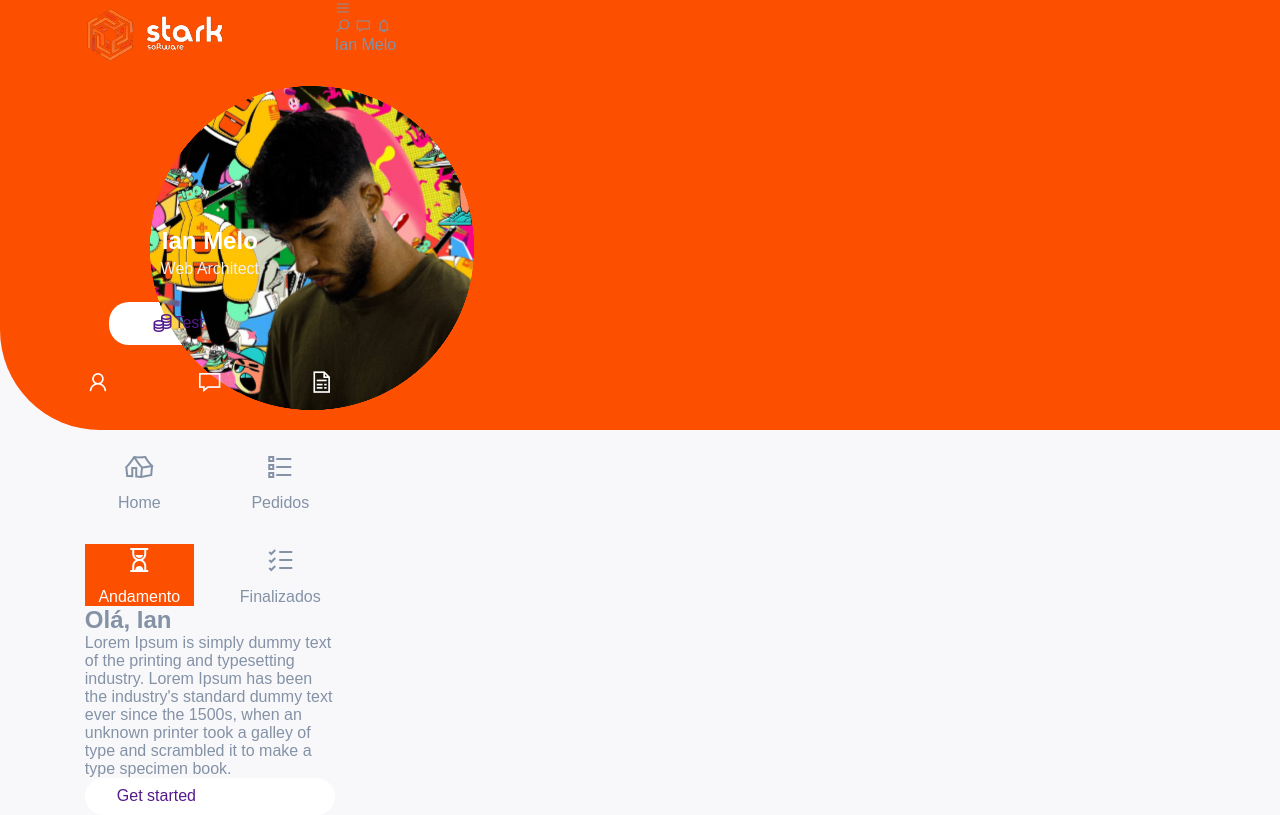
Repository: ichumbo/StarkDashboard
Page: index.html
The author's editor kept a copy of each file at every save. The page is drawn from the files as they stood at one save, then again after the next save.
The browser window is 1280 px wide. The pictures show the whole page.
Pictures or frames that could not be fetched are drawn as grey boxes.

Above is the page before, as saved 2023-06-06 18:52:00.

After the next save:
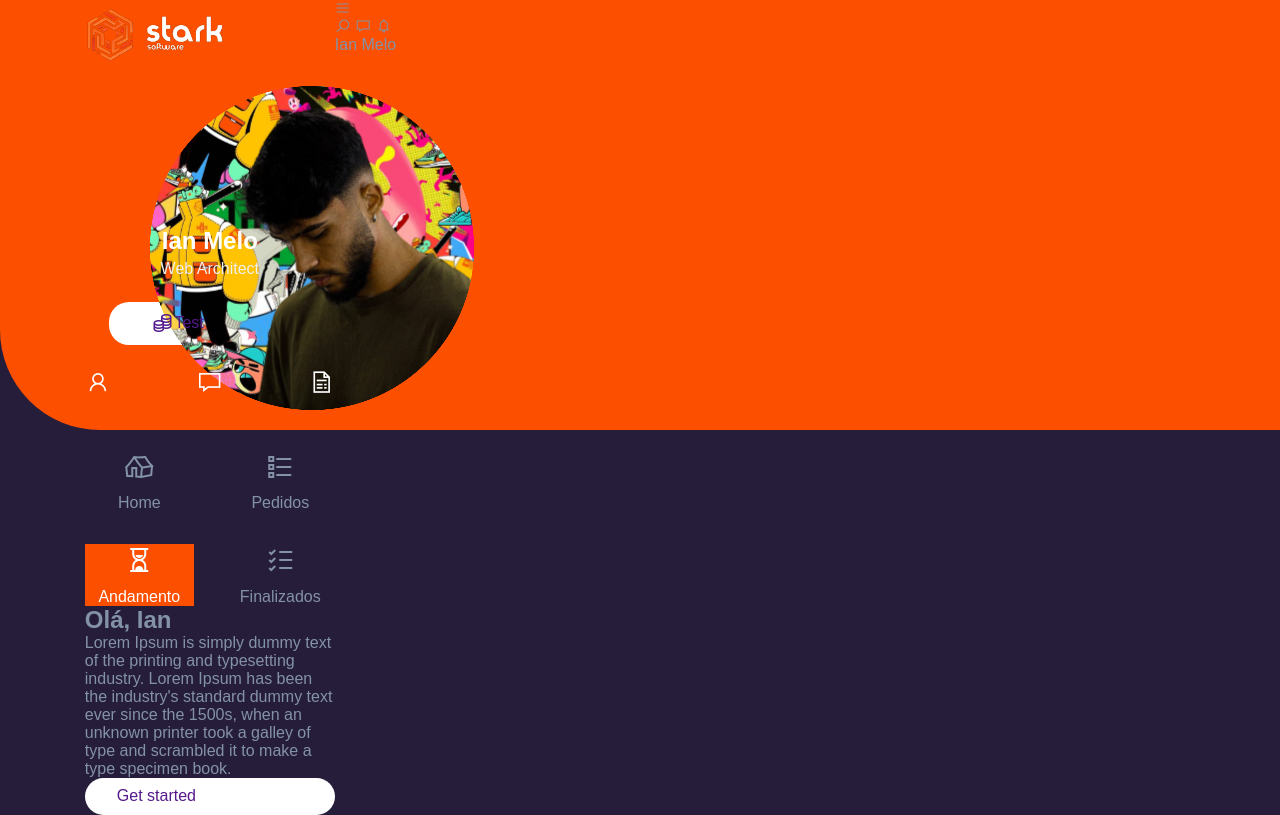
Saved 41 s later.
--- a/css/global.css
+++ b/css/global.css
@@ -11,7 +11,7 @@
 
 body {
     color: var(--main-text);
-    background: var( --bg-body);
+    background: var(--color-dark-secundary);
 }
 
 .icon-header {
